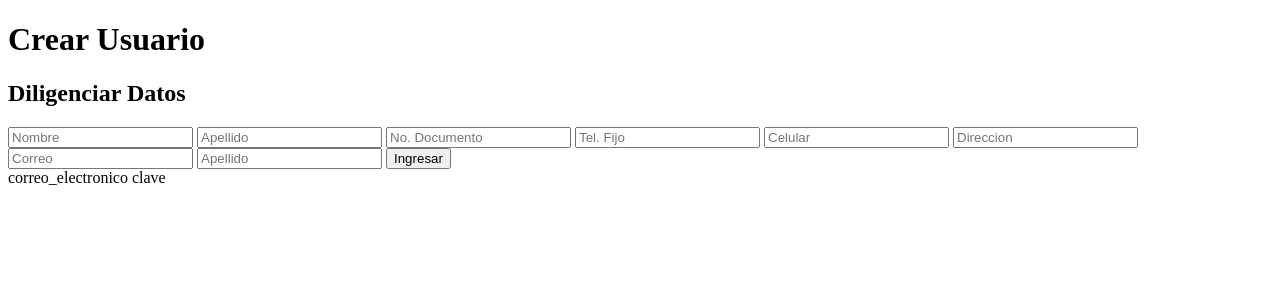
Repository: DA5CH25/kohaku_php
Page: http://localhost/kohaku_php/views/modules/ingresar.php
An editor plug-in stored every save of this project. The page is shown before and after a run of saves, followed by the edit.
The browser window is 1280 px wide. The pictures show the whole page.
The page is run by PHP 8.4 with error messages shown; the project is at /var/www/html/.

Above is the page before, as saved 2021-04-26 15:10:11.

After the next 5 saves:
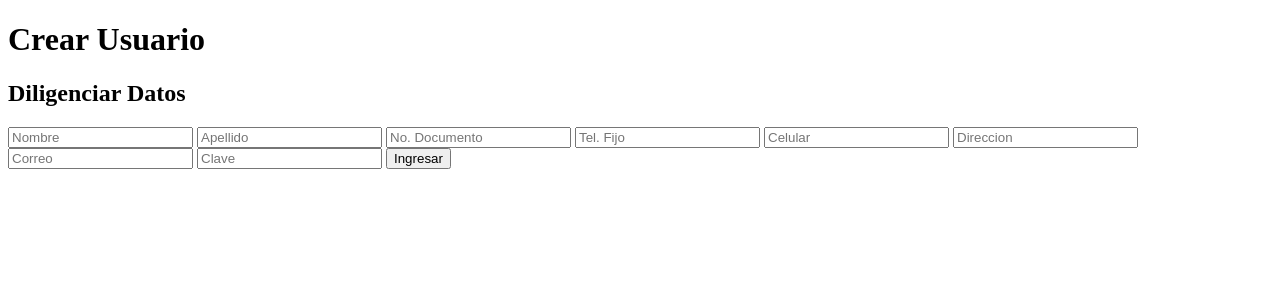
The 5 saves are shown as one change because they came seconds apart.
The last was saved 15 s later.
--- a/views/modules/ingresar.php
+++ b/views/modules/ingresar.php
@@ -18,17 +18,8 @@
 		<input name="telefono_movil" placeholder="Celular" />
 		<input name="direccion" placeholder="Direccion" />
 		<input name="correo_electronico" placeholder="Correo" />
-		<input name="apellido" placeholder="Apellido" />
+		<input name="clave" placeholder="Clave" />
 		<input type="submit" value="Ingresar" />
 	</form>
 </body>
 </html>
-
-
-
-			<th></th>
-			<th></th>
-			<th></th>
-			<th></th>
-			<th>correo_electronico</th>
-			<th>clave</th
